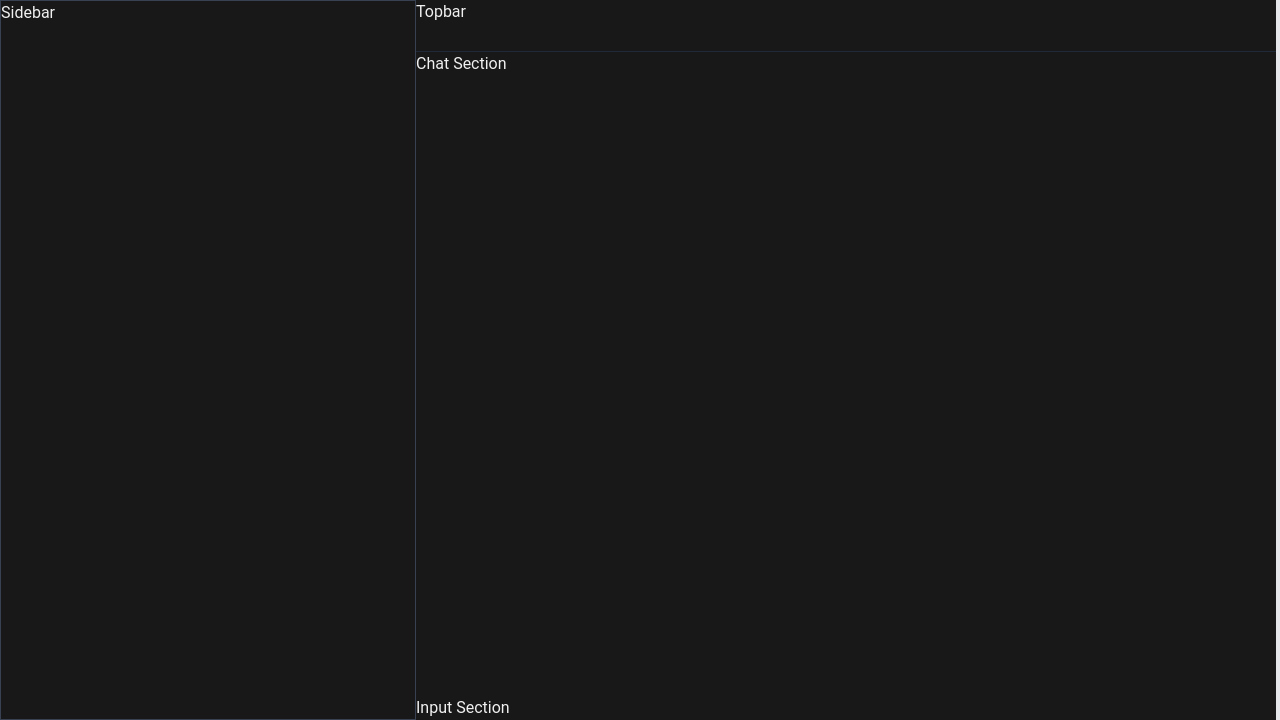
Repository: Qu4ntumGuy/telegram-clone
Page: /
These files come from the project's save history. The page is drawn as it stood at one moment and after the next save; the edit follows.
The browser window is 1280 px wide. The pictures show the whole page.
The project was rebuilt for these pictures with package versions that can differ from the ones it lists, and the page was loaded fresh each time. Also part of the build but not shown: src/Utils/ContextProvider.js.

Above is the page before, as saved 2024-07-15 11:23:05.

After the next save:
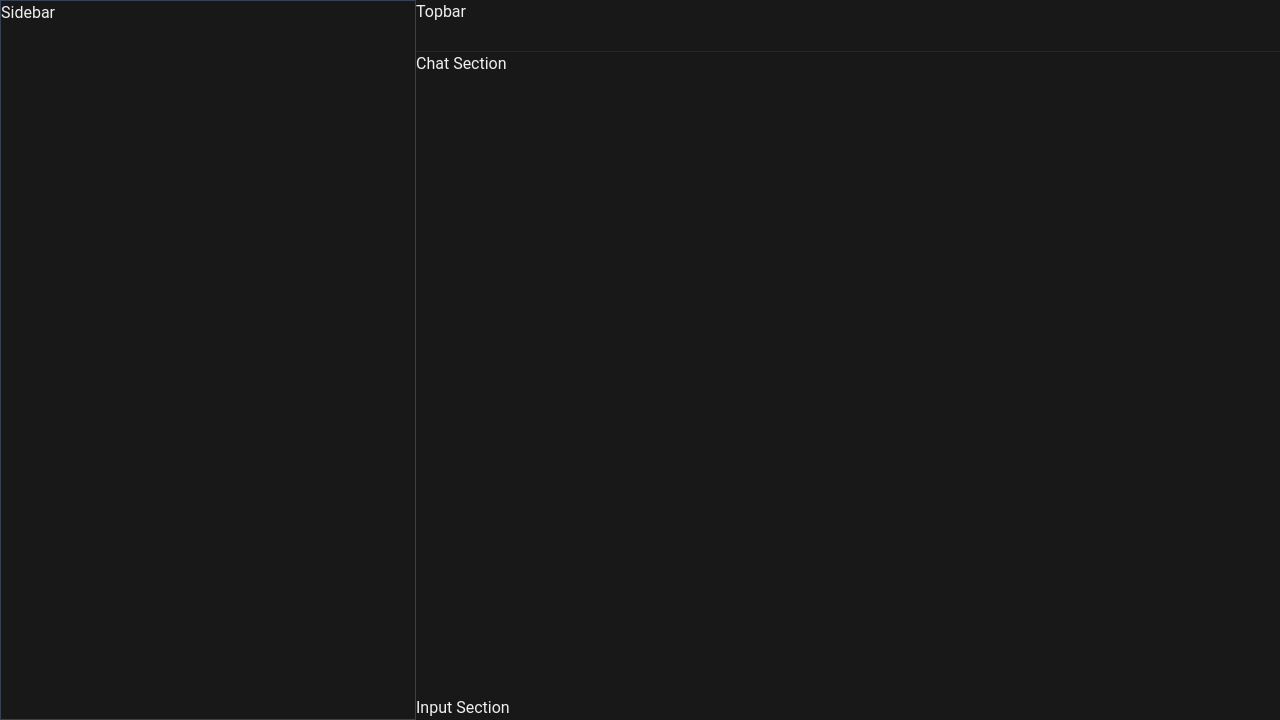
Saved 9 s later.
--- a/src/Pages/Home/Home.js
+++ b/src/Pages/Home/Home.js
@@ -14,7 +14,7 @@ function Home() {
   //   };
   return (
     <div
-      className="flex flex-col justify-center bg-contain bg-center h-screen border-r-4 w-full "
+      className="flex flex-col justify-center bg-contain bg-center h-screen w-full "
       style={{ backgroundImage: `url(${image})` }}
     >
       <div className="top-0 mb-auto h-14 border-b border-gray-800">Topbar</div>
